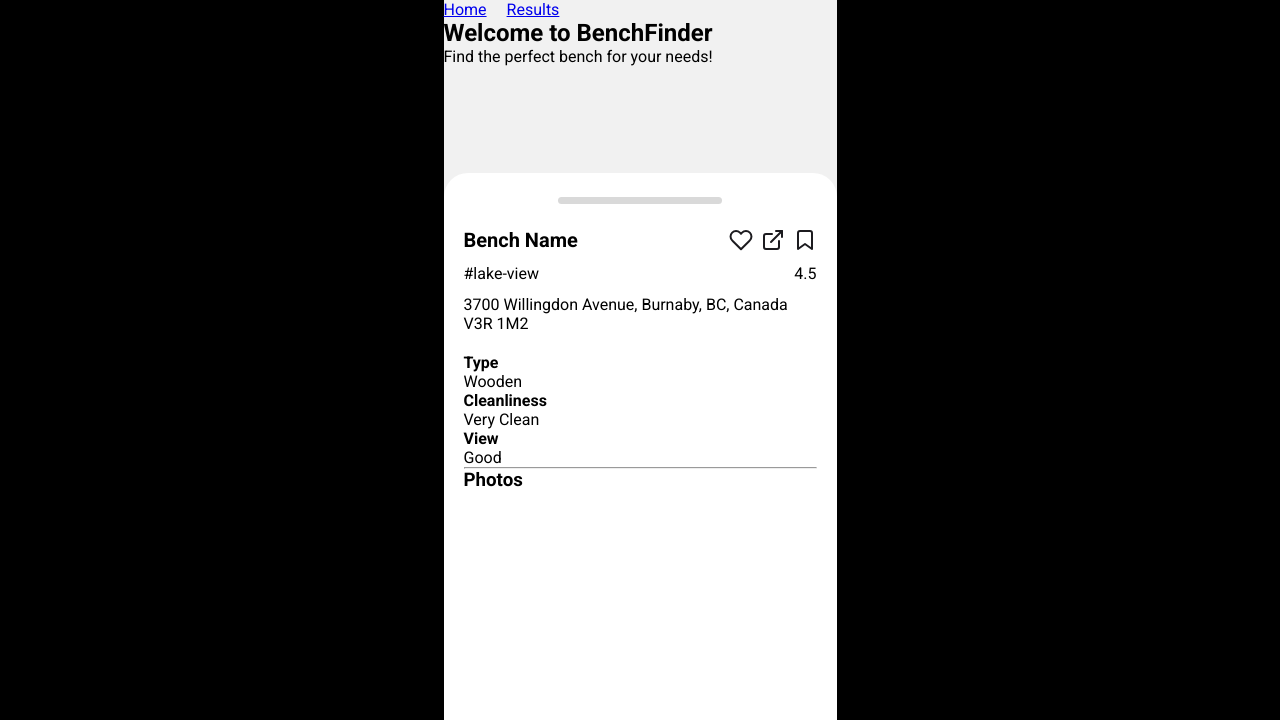
Repository: HidayatPatil/BenchFinder
Page: /
These files come from the project's save history. The page is drawn as it stood at one moment and after the next save; the edit follows.
The browser window is 1280 px wide. The pictures show the whole page.
The project was rebuilt for these pictures with package versions that can differ from the ones it lists, and the page was loaded fresh each time. Also part of the build but not shown: vite.config.js, src/Results.jsx.

Above is the page before, as saved 2025-10-09 21:26:13.

After the next save:
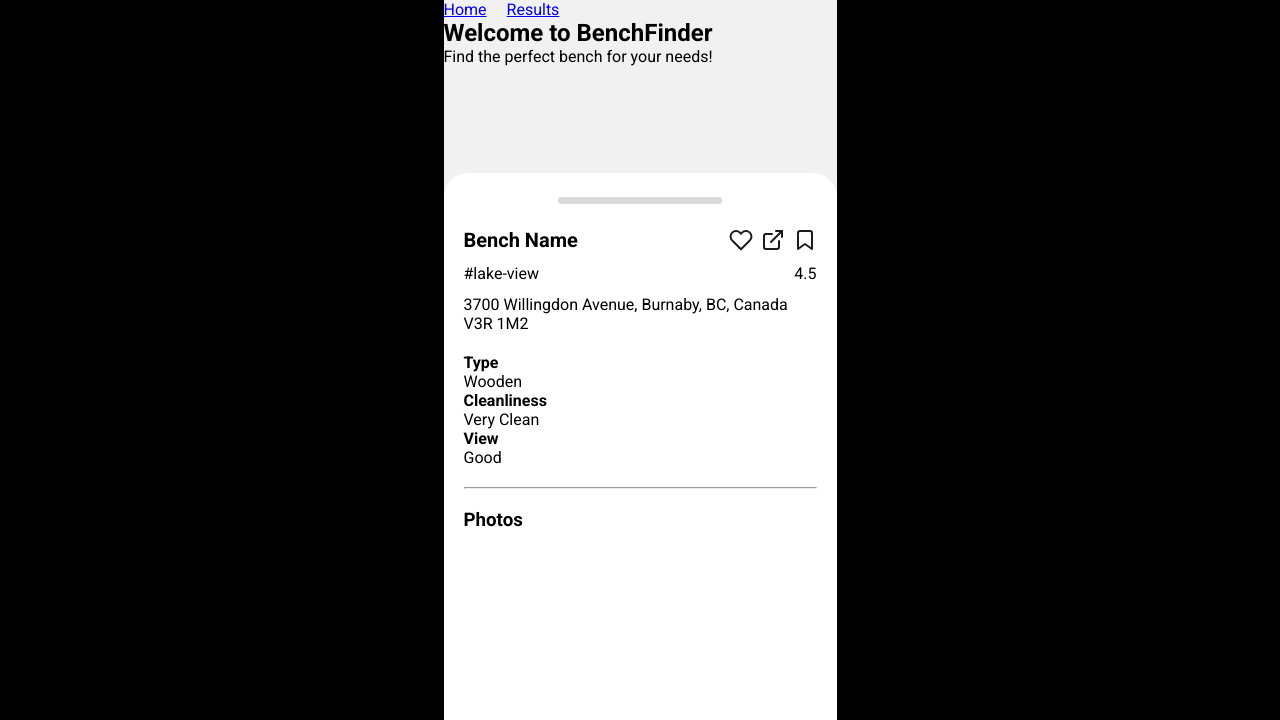
Saved 84 s later.
--- a/src/components/contentDrawer.jsx
+++ b/src/components/contentDrawer.jsx
@@ -41,17 +41,17 @@ export default function ContentDrawer() {
             <p className="overview_content">Good</p>
           </div>
         </div>
-      </div>
-      <hr />
-      <div className="bench_photos">
-        <div className="photos_heading">
-          <h3>Photos</h3>
-          {/* <img "add plus icon" />  */}
-        </div>
-        <div className="photos_gallery">
-          <div className="gallery_image"></div>
-          <div className="gallery_image"></div>
-          <div className="gallery_image"></div>
+        <hr />
+        <div className="bench_photos">
+          <div className="photos_heading">
+            <h3>Photos</h3>
+            {/* <img "add plus icon" />  */}
+          </div>
+          <div className="photos_gallery">
+            <div className="gallery_image"></div>
+            <div className="gallery_image"></div>
+            <div className="gallery_image"></div>
+          </div>
         </div>
       </div>
     </div>
